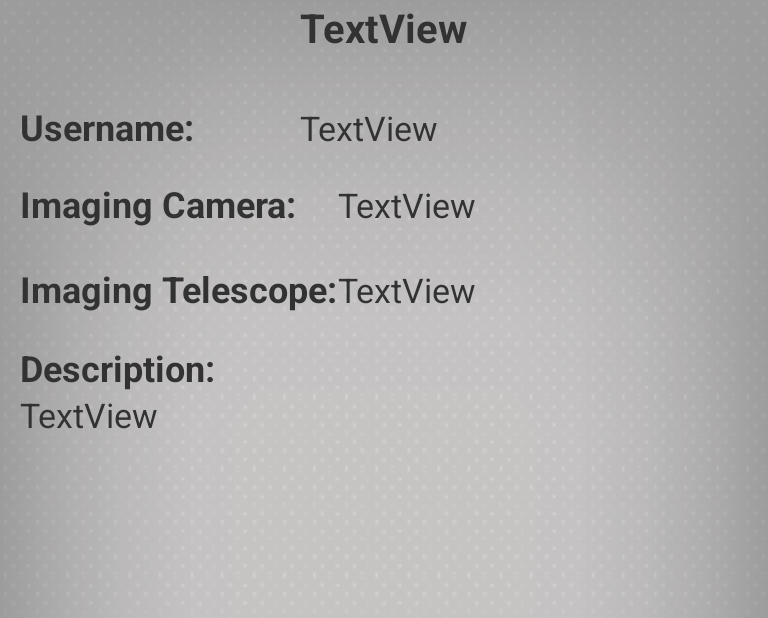
Repository: arianaantonio/APD2
Layout: AstroPix/res/layout/activity_detail.xml
These files come from the project's save history. The layout is drawn as it stood at one moment and after the next save; the edit follows.
The pictures show rows 0 to 618 of an output 1280 px tall.
Pictures or frames that could not be fetched are drawn as grey boxes. It is drawn on a 768 x 1280 px phone screen (xhdpi) without system bars, with theme AppTheme; the app's code is not run.

Above is the layout before, as saved 2014-09-10 08:23:41.

### AstroPix/res/layout/activity_detail.xml
<?xml version="1.0" encoding="utf-8"?>
<RelativeLayout xmlns:android="http://schemas.android.com/apk/res/android"
    android:layout_width="match_parent"
    android:layout_height="match_parent"
    android:orientation="vertical"
    android:background="@drawable/background" >

    <TextView
        android:id="@+id/textView1"
        android:layout_width="wrap_content"
        android:layout_height="wrap_content"
        android:layout_alignParentTop="true"
        android:layout_centerHorizontal="true"
        android:text="TextView"
        android:textSize="20sp"
        android:textStyle="bold" />

    <TextView
        android:id="@+id/textView3"
        android:layout_width="wrap_content"
        android:layout_height="wrap_content"
        android:layout_marginRight="10dp"
        android:layout_alignBaseline="@+id/textView2"
        android:layout_alignBottom="@+id/textView2"
        android:layout_alignLeft="@+id/textView1"
        android:layout_alignParentRight="true"
        android:text="TextView"
        android:textSize="17sp" />

    <TextView
        android:id="@+id/textView7"
        android:layout_width="wrap_content"
        android:layout_height="wrap_content"
        android:layout_above="@+id/textView5"
        android:layout_alignParentRight="true"
        android:layout_marginRight="10dp"
        android:layout_toRightOf="@+id/textView5"
        android:text="TextView"
        android:textSize="17sp" />

    <TextView
        android:id="@+id/textView8"
        android:layout_width="wrap_content"
        android:layout_height="wrap_content"
        android:layout_above="@+id/textView6"
        android:layout_alignLeft="@+id/textView7"
        android:layout_alignParentRight="true"
        android:layout_marginRight="16dp"
        android:text="TextView"
        android:textSize="17sp" />

    <TextView
        android:id="@+id/textView9"
        android:layout_width="wrap_content"
        android:layout_height="wrap_content"
        android:layout_alignParentLeft="true"
        android:layout_alignParentRight="true"
        android:layout_below="@+id/textView6"
        android:layout_marginLeft="10dp"
        android:layout_marginRight="10dp"
        android:lines="5"
        android:text="TextView"
        android:textSize="17sp" />

    <TextView
        android:id="@+id/textView5"
        android:layout_width="wrap_content"
        android:layout_height="wrap_content"
        android:layout_alignParentLeft="true"
        android:layout_below="@+id/textView4"
        android:layout_marginTop="18dp"
        android:text="@string/telescope"
        android:layout_marginLeft="10dp"
        android:textSize="18sp"
        android:textStyle="bold" />

    <TextView
        android:id="@+id/textView6"
        android:layout_width="wrap_content"
        android:layout_height="wrap_content"
        android:layout_alignParentLeft="true"
        android:layout_below="@+id/textView5"
        android:layout_marginTop="15dp"
        android:text="@string/description"
        android:layout_marginLeft="10dp"
        android:textSize="18sp"
        android:textStyle="bold" />

    <TextView
        android:id="@+id/textView4"
        android:layout_width="wrap_content"
        android:layout_height="wrap_content"
        android:layout_alignParentLeft="true"
        android:layout_below="@+id/textView2"
        android:layout_marginTop="14dp"
        android:text="@string/camera"
        android:layout_marginLeft="10dp"
        android:textSize="18sp"
        android:textStyle="bold" />

    <TextView
        android:id="@+id/textView2"
        android:layout_width="wrap_content"
        android:layout_height="wrap_content"
        android:layout_alignParentLeft="true"
        android:layout_below="@+id/textView1"
        android:layout_marginTop="24dp"
        android:text="@string/username"
        android:layout_marginLeft="10dp"
        android:textSize="18sp"
        android:textStyle="bold" />

    <com.loopj.android.image.SmartImageView
       android:id="@+id/runner_up"
       android:layout_width="match_parent"
       android:layout_height="160dp"
       android:layout_below="@+id/textView9"
       android:layout_marginTop="10dp"
       android:layout_marginLeft="10dp"
       android:layout_marginRight="10dp"
       android:visibility="visible" />

</RelativeLayout>

### AstroPix/res/values/strings.xml
<?xml version="1.0" encoding="utf-8"?>
<resources>

    <string name="app_name">AstroPix</string>
    <string name="title_section1">Section 1</string>
    <string name="title_section2">Section 2</string>
    <string name="title_section3">Section 3</string>
    <string name="navigation_drawer_open">Open navigation drawer</string>
    <string name="navigation_drawer_close">Close navigation drawer</string>
    <string name="action_example">Example action</string>
    <string name="action_settings">Settings</string>
    <string name="splash">Splash Screen Image</string>
    <color name="Black">#000000</color>
    <string name="imageOfTheDay">Image Of The Day</string>
    <string name="runnerUp">Runner Up</string>
    <string name="description">Description:</string>
    <string name="username">Username:</string>
    <string name="camera">Imaging Camera:</string>
    <string name="telescope">Imaging Telescope:</string>
    <string name="about">About</string>
    <string name="favorite">Favorite</string>
    <string name="share">Share</string>

</resources>

Loaded but not shown: AstroPix/res/values/styles.xml (common file); AstroPix/res/values-v11/styles.xml (common file); AstroPix/res/values-v14/styles.xml (common file)

After the next save:
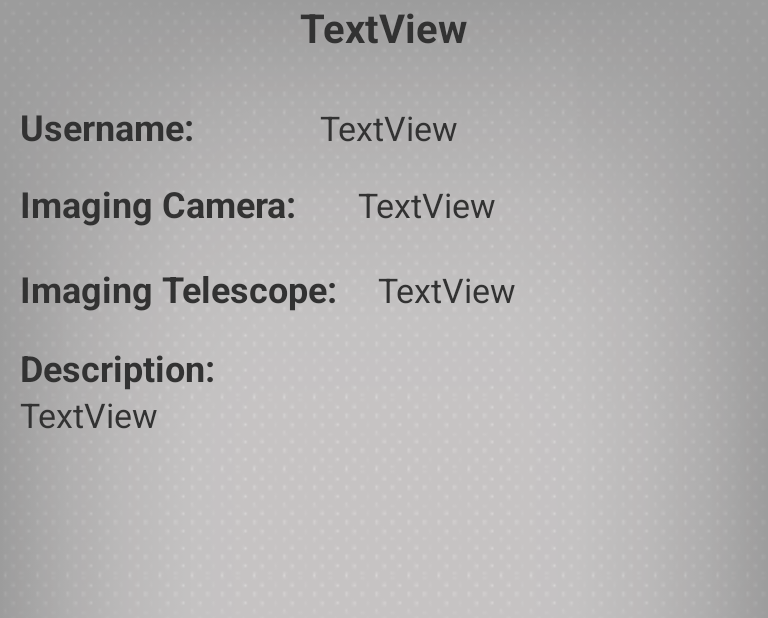
Saved 63 s later.
--- a/AstroPix/res/layout/activity_detail.xml
+++ b/AstroPix/res/layout/activity_detail.xml
@@ -22,6 +22,7 @@
         android:layout_marginRight="10dp"
         android:layout_alignBaseline="@+id/textView2"
         android:layout_alignBottom="@+id/textView2"
+        android:layout_marginLeft="10dp"
         android:layout_alignLeft="@+id/textView1"
         android:layout_alignParentRight="true"
         android:text="TextView"
@@ -33,6 +34,7 @@
         android:layout_height="wrap_content"
         android:layout_above="@+id/textView5"
         android:layout_alignParentRight="true"
+        android:layout_marginLeft="10dp"
         android:layout_marginRight="10dp"
         android:layout_toRightOf="@+id/textView5"
         android:text="TextView"
@@ -43,6 +45,7 @@
         android:layout_width="wrap_content"
         android:layout_height="wrap_content"
         android:layout_above="@+id/textView6"
+        android:layout_marginLeft="10dp"
         android:layout_alignLeft="@+id/textView7"
         android:layout_alignParentRight="true"
         android:layout_marginRight="16dp"
